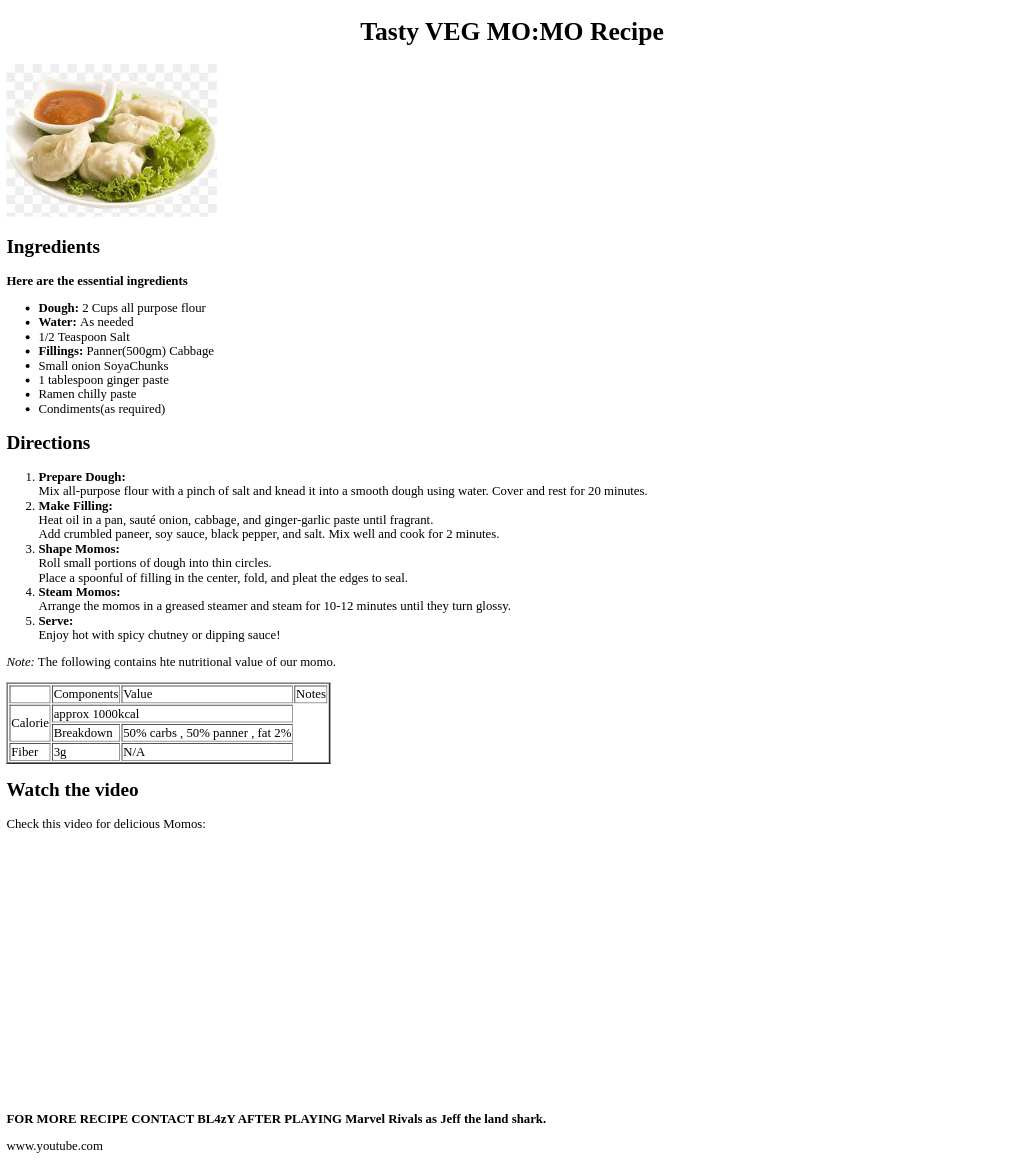
Repository: GigaByte6610/recipe
Page: index.html
The author's editor kept a copy of each file at every save. The page is drawn from the files as they stood at one save, then again after the next save.
The browser window is 1280 px wide. The pictures show the whole page, at 80% of full size.
Pictures or frames that could not be fetched are drawn as grey boxes.

Above is the page before, as saved 2025-02-05 04:10:26.

After the next save:
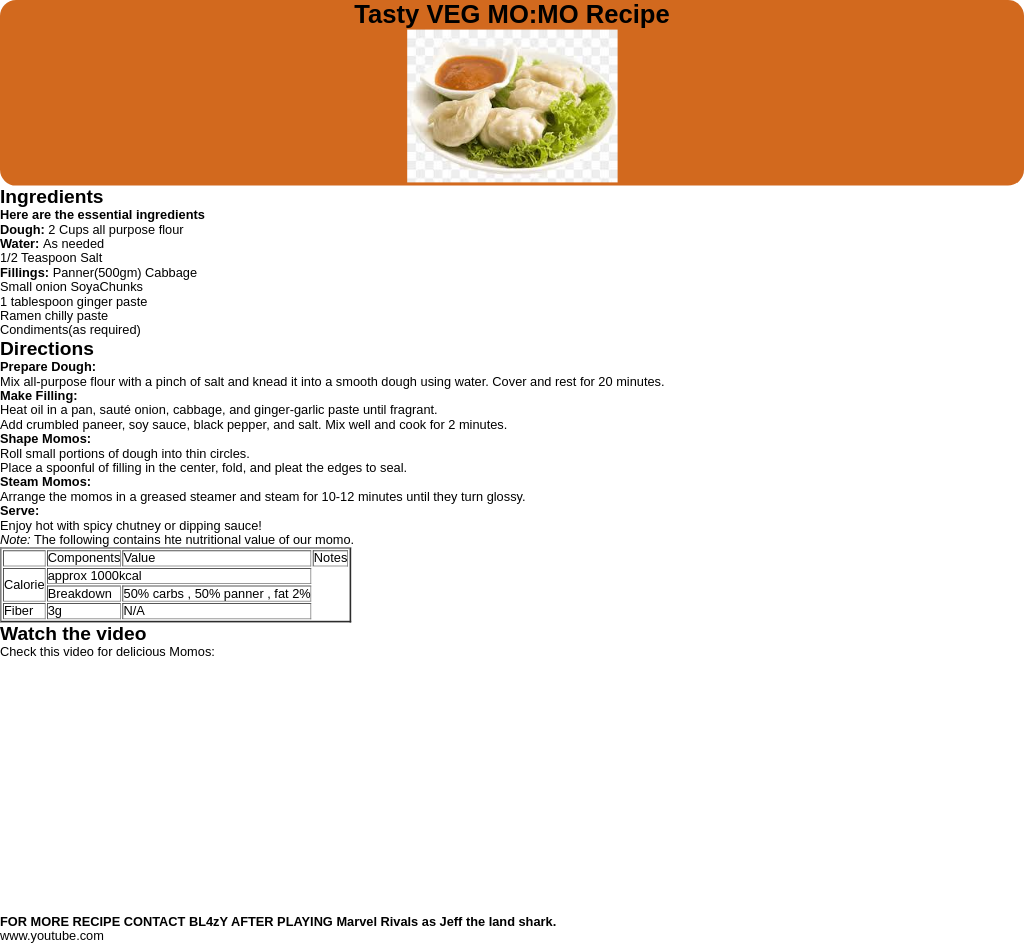
Saved 4 min 57 s later.
--- a/style.css
+++ b/style.css
@@ -1,5 +1,17 @@
-header {
+* {
     box-sizing: border-box;
     margin: 0px;
     padding: 0;
 }
+
+body {
+    font-family: Arial, Helvetica, sans-serif;
+}
+
+header {
+    background-color: chocolate;
+    border: 200px;
+    text-align: center;
+    border-radius: 20px;
+    padding: ;
+}
